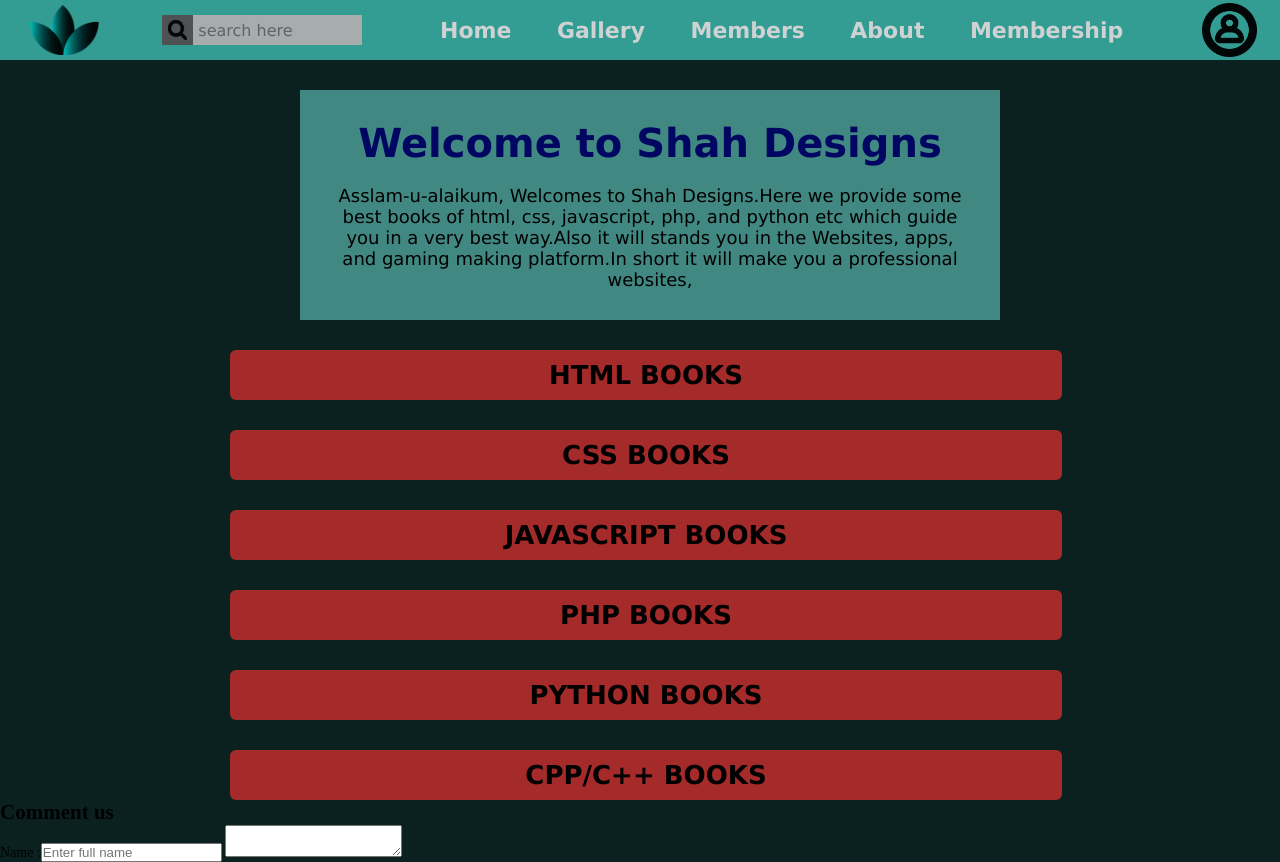
Repository: RawahaMR11/my_assignments
Page: rawaha computer/Shah Designs web/Shah home page.html
An editor plug-in stored every save of this project. The page is shown before and after a run of saves, followed by the edit.
The browser window is 1280 px wide. The pictures show the whole page.

Above is the page before, as saved 2024-12-13 08:44:37.

After the next 2 saves:
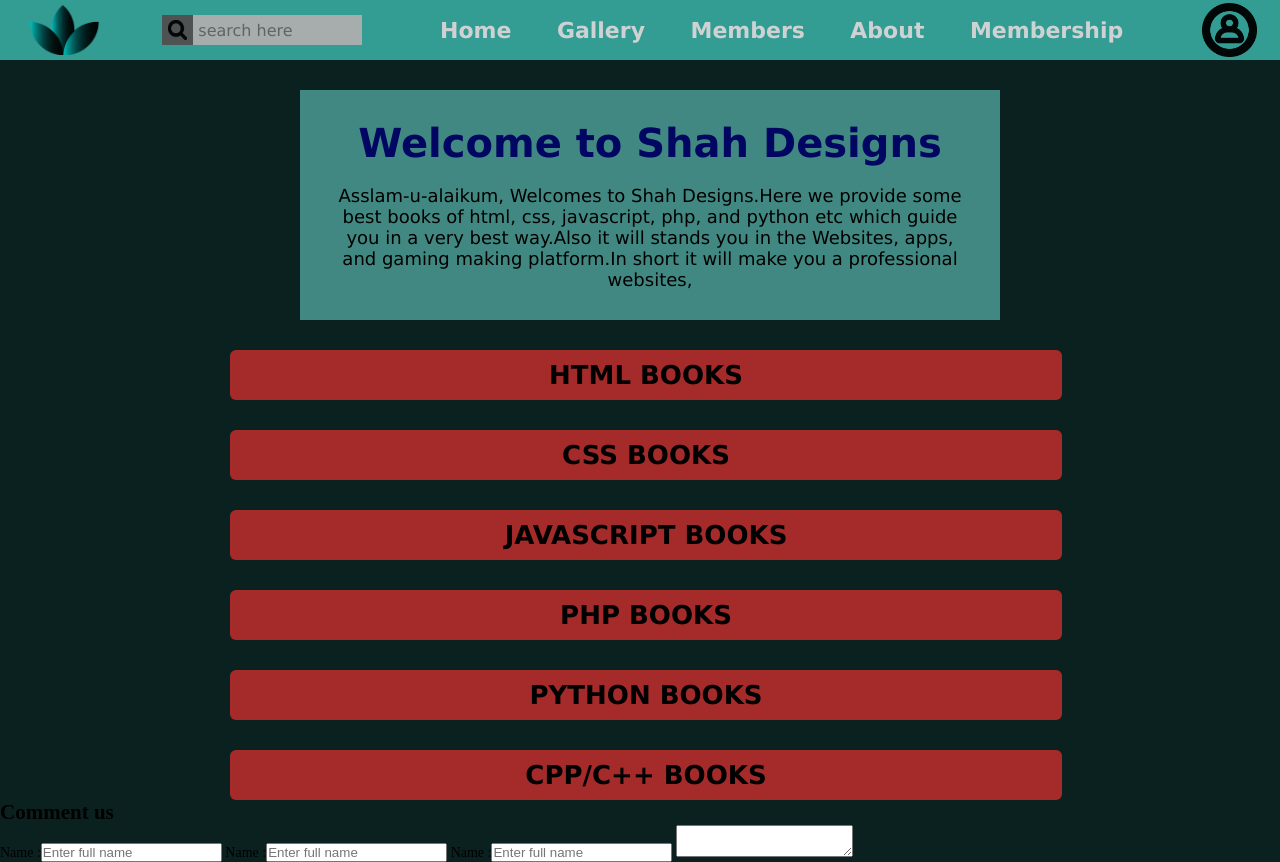
The 2 saves are shown as one change because they came seconds apart.
The last was saved 23 s later.
--- a/rawaha computer/Shah Designs web/Shah home page.html
+++ b/rawaha computer/Shah Designs web/Shah home page.html
@@ -75,6 +75,8 @@
       <div class="comment">
             <h2>Comment us</h2>
             <label for="name">Name :</label><input type="text" placeholder="Enter full name">
+            <label for="name">Name :</label><input type="text" placeholder="Enter full name">
+            <label for="name">Name :</label><input type="text" placeholder="Enter full name">
             <textarea name="comment" id="comment"></textarea>
       </div>
 </div>
